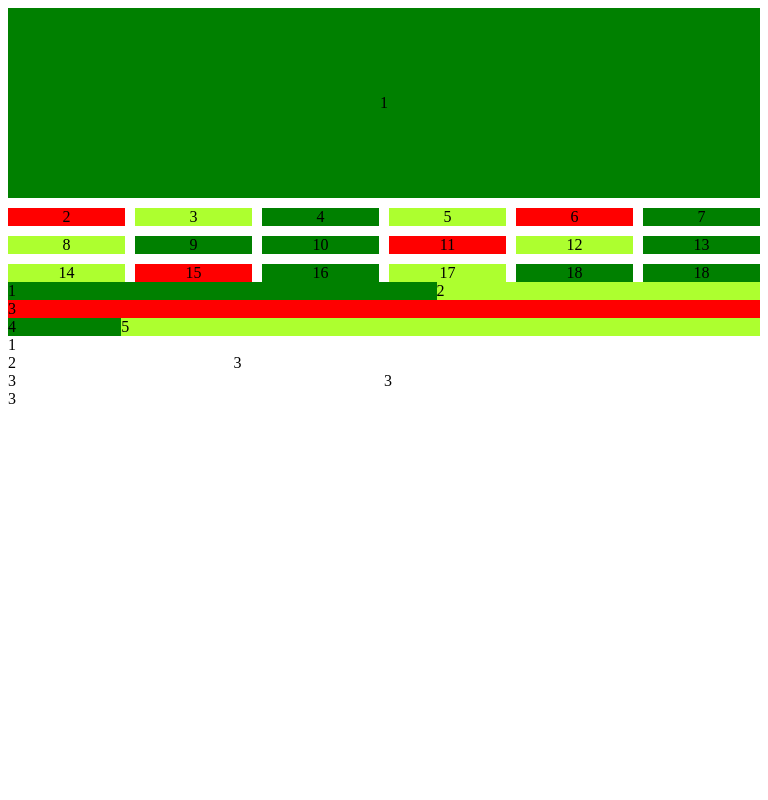
Repository: motiejus1/09-paskaita-05.31
Page: index.html
These files come from the project's save history. The page is drawn as it stood at one moment and after the next save; the edit follows.
The browser window is 768 px wide. The pictures show the whole page.

Above is the page before, as saved 2021-06-15 20:52:50.

### index.html
<!DOCTYPE html>
<html lang="en">
<head>
    <meta charset="UTF-8">
    <meta http-equiv="X-UA-Compatible" content="IE=edge">
    <meta name="viewport" content="width=device-width, initial-scale=1.0">
    <title>9 paskaita</title>
    <style>
        .grid-container {
            display: grid;
            grid-template-columns: auto auto auto;
            grid-column-gap: 10px ;
            grid-row-gap: 10px ;
        }

        @media screen and (max-width: 1000px) {
            .grid-container {
                grid-template-columns: auto;
            }

            .grid-item-1 {
                grid-column:auto;
                grid-row:auto;
            }
        }

        .zalia {
            background-color: green;
        }

        .raudona {
            background-color: red;
        }

        .geltona {
            background: greenyellow;
        }

        .grid-item-1 {
            /* grid-column-start: 1 ;
            grid-column-end: 3 ; */

            grid-column: 1 / span 6;

            grid-row: 1 / span 20;
        }

        /* .grid-item-2 {
            grid-column-start: 1 ;
            grid-column-end: 3 ;
            grid-row-start: 3;
            grid-row-end: 25 ;
        } */

        .grid-item {
            display:grid;
            justify-content: center;
            align-items: center;
        }
        .flex-container {
            display:flex;
            justify-content: center;
            align-items: center;
        }

        .grid-container-1 {
            display: grid;
            grid-template-areas:
            'pirmas pirmas pirmas pirmas antras antras antras'
            'trecias trecias trecias trecias trecias trecias trecias'
            'ketvirtas penktas penktas penktas penktas penktas penktas'
            'ketvirtas penktas penktas penktas penktas penktas penktas'

            ;
        }
        .grid-element-1 {
            grid-area: pirmas;
        }

        .grid-element-2 {
            grid-area: antras;
        }

        .grid-element-3 {
            grid-area: trecias;
        }

        .grid-element-4 {
            grid-area: ketvirtas;
        }

        .grid-element-5 {
            grid-area: penktas;
        }

        .grid-container-2 {
            display:grid;
            grid-template-columns: 10% 10% 10% 10% 10% 10% 10% 10% 10% 10%
        }

        .grid1 {
            /* width: 100%; */
            grid-column: 1 / span 10;
        }

        .grid2 {
            grid-column: 1 / span 3;
        }

        .grid3 {
            grid-column: 4 / span 10;
        }

        .grid4 {
            grid-column: 1 /span 5;
        }

        .grid5 {
            grid-column:  6 /span 10;
        }

        .grid6 {
            grid-column:  1 /span 7;
        }

    </style>
</head>
<body>
    <div class="grid-container">
        <div class="grid-item grid-item-1 zalia">
            1
        </div>
        <div class="grid-item grid-item-2 raudona">
            2
        </div>
        <div class="grid-item grid-item-3 geltona">3</div>
        <div class="grid-item grid-item-4 zalia">4</div>
        <div class="grid-item geltona">5</div>
        <div class="grid-item raudona">6</div>
        <div class="grid-item zalia">7</div>
        <div class="grid-item geltona">8</div>
        <div class="grid-item zalia">9</div>
        <div class="grid-item zalia">10</div>
        <div class="grid-item raudona">11</div>
        <div class="grid-item geltona">12</div>
        <div class="grid-item zalia">13</div>
        <div class="grid-item geltona">14</div>
        <div class="grid-item raudona">15</div>
        <div class="grid-item zalia">16</div>
        <div class="grid-item geltona">17</div>
        <div class="grid-item zalia">18</div>
        <div class="flex-container zalia">18</div>
    </div>

    <div class="grid-container-1">
        <div class="grid-element-1 zalia">1</div>
        <div class="grid-element-2 geltona">2</div>
        <div class="grid-element-3 raudona">3</div>
        <div class="grid-element-4 zalia">4</div>
        <div class="grid-element-5 geltona">5</div>
    </div>

    <div class="grid-container-2">
        <div class="grid1 plotis100">1</div>
        <div class="grid2 plotis30">2</div>
        <div class="grid3 plotis70">3</div>
        <div class="grid4 plotis50">3</div>
        <div class="grid5 plotis50">3</div>
        <div class="grid6 plotis65">3</div>
    </div>

</body>
</html>

After the next save:
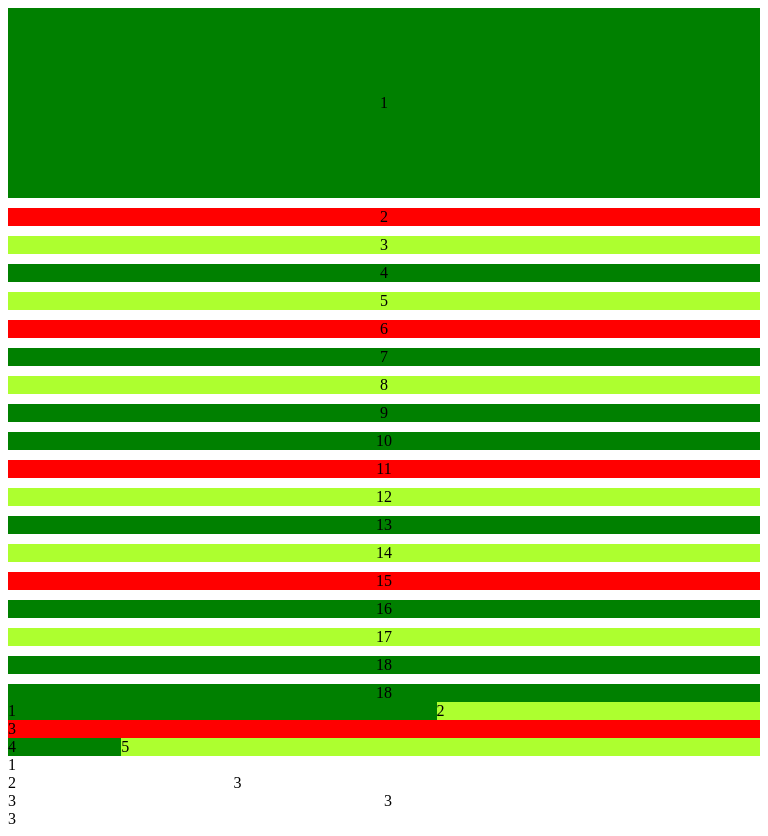
Saved 19 s later.
--- a/index.html
+++ b/index.html
@@ -19,7 +19,7 @@
             }
 
             .grid-item-1 {
-                grid-column:auto;
+                grid-column:auto !important;
                 grid-row:auto;
             }
         }
